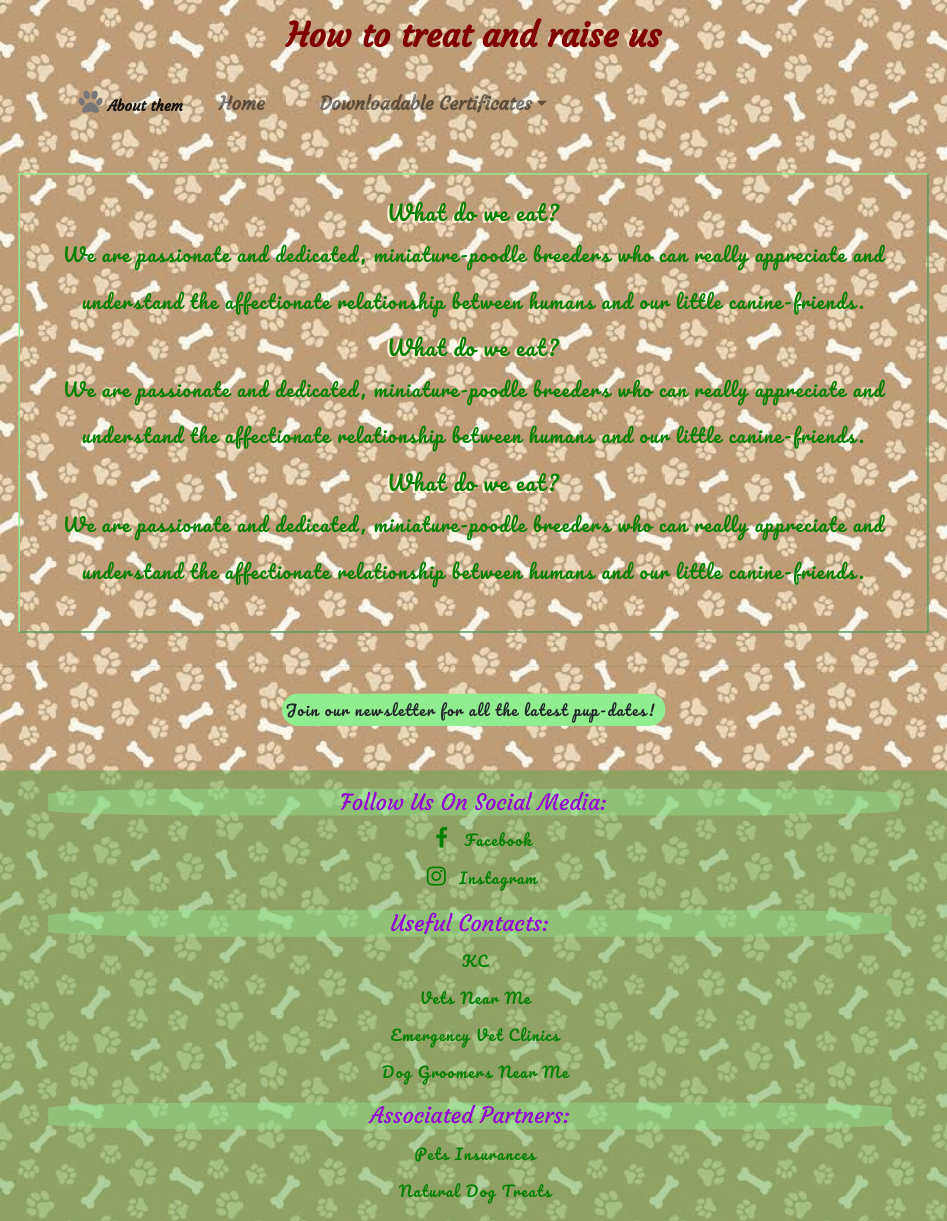
Repository: Code-Institute-Submissions/GeorgiosSklav-Iacinthos-blog
Page: about-them.html
The author's editor kept a record of every edit. The page is drawn from the files as they stood at one moment, then again after the next edit.
The browser window is 1280 px wide. The pictures show the whole page, at 74% of full size.

Above is the page before.

After the next edit:
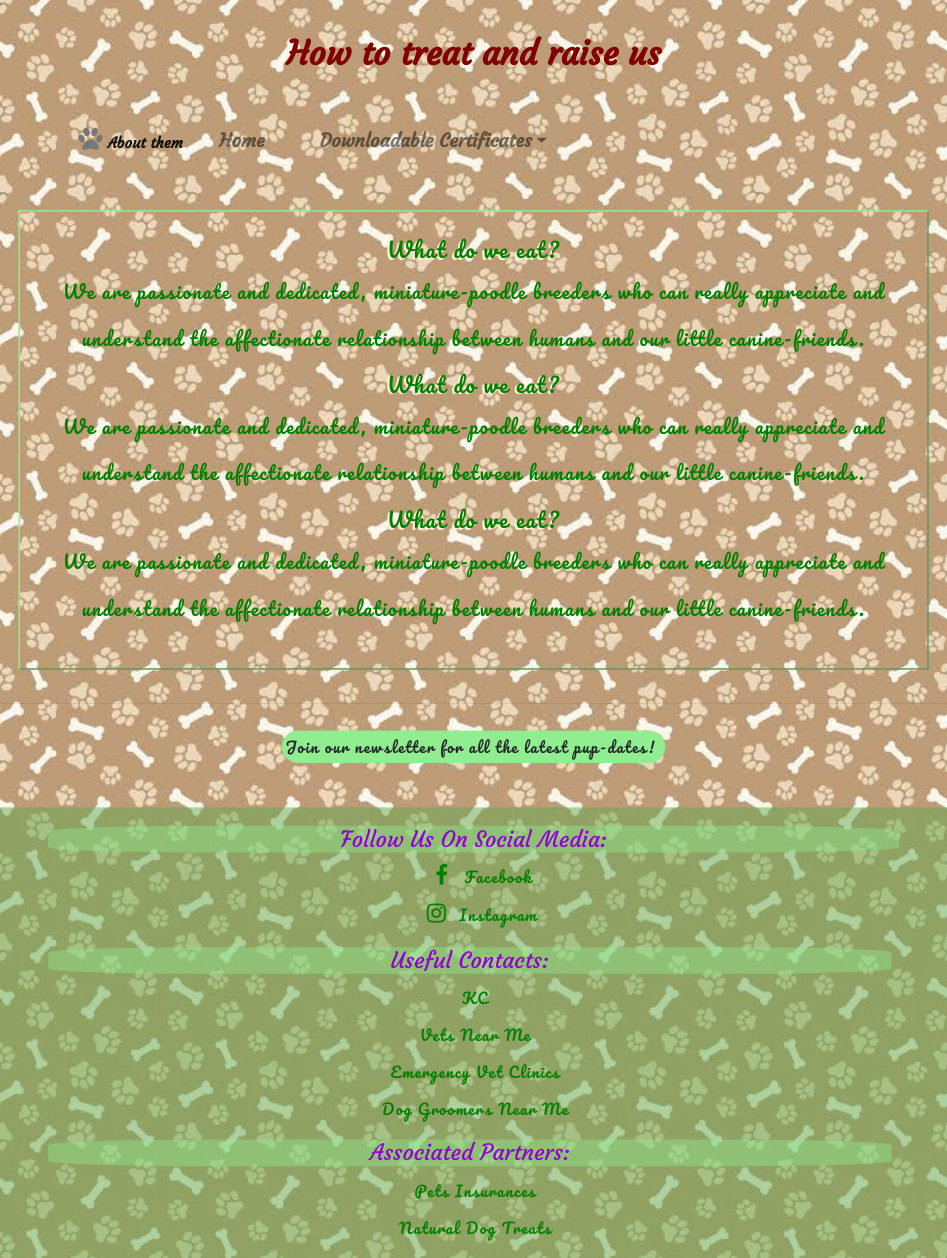
The edit:
--- a/style.css
+++ b/style.css
@@ -16,7 +16,9 @@
     color: #800000;
     margin: 20px;
 }
-
+.heading{
+    margin: 25px;
+}
 .capitalise {
     text-transform: capitalize;
 }
